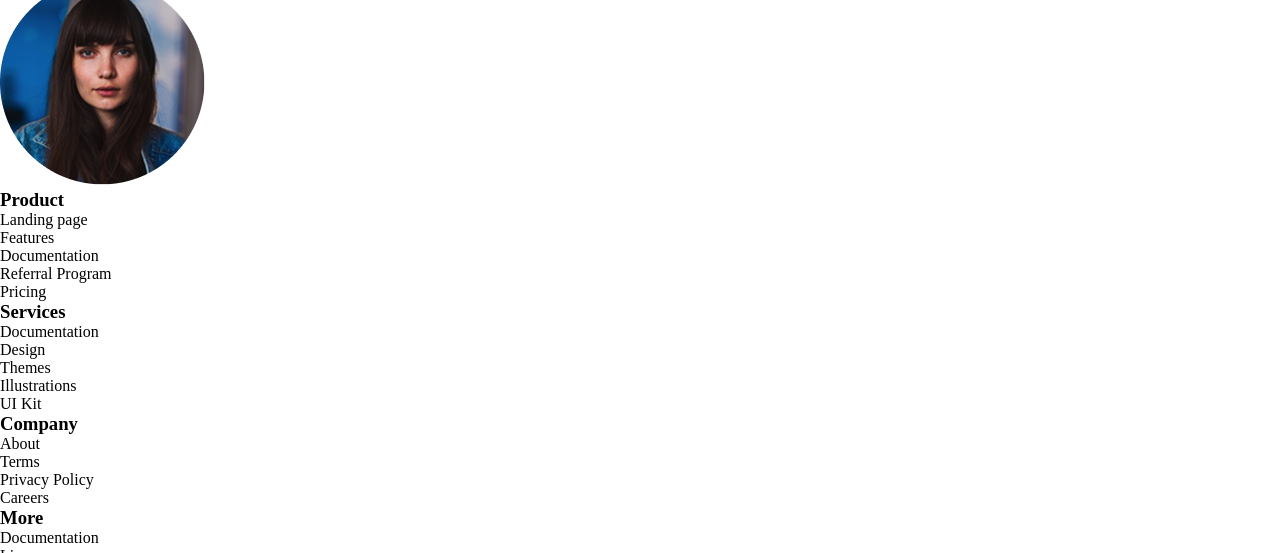
Repository: daviHmoraes/frontcomtailwind
Page: index.html
An editor plug-in stored every save of this project. The page is shown before and after the next save, followed by the edit.
The browser window is 1280 px wide. The pictures show the part of the page from y = 5947 to 6500 px (the page is 6597 px tall).
A picture or video elsewhere on the page could not be fetched, so the positions and the page height are approximate.

Above is the page before, as saved 2026-08-31 18:44:15.

After the next save:
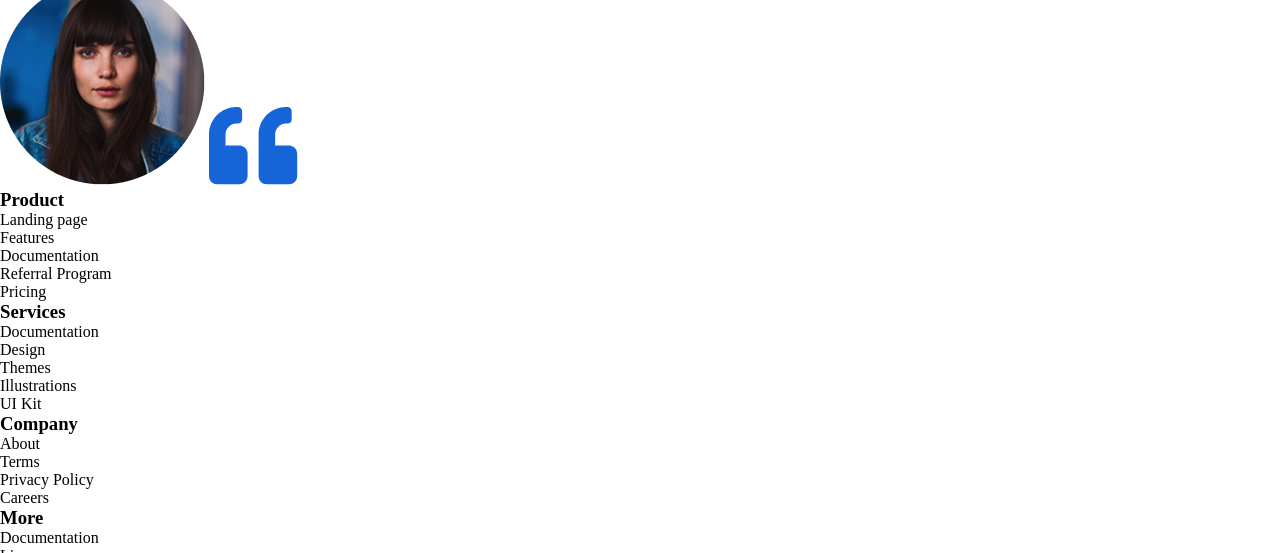
Saved 6 s later.
--- a/index.html
+++ b/index.html
@@ -404,6 +404,7 @@
         <section class="reports">
 
             <img src="/img/report-image.png" alt="Face Photo of a Costumer">
+            <img src="/img/quote-left.svg" alt="">
 
         </section>
     </main>
